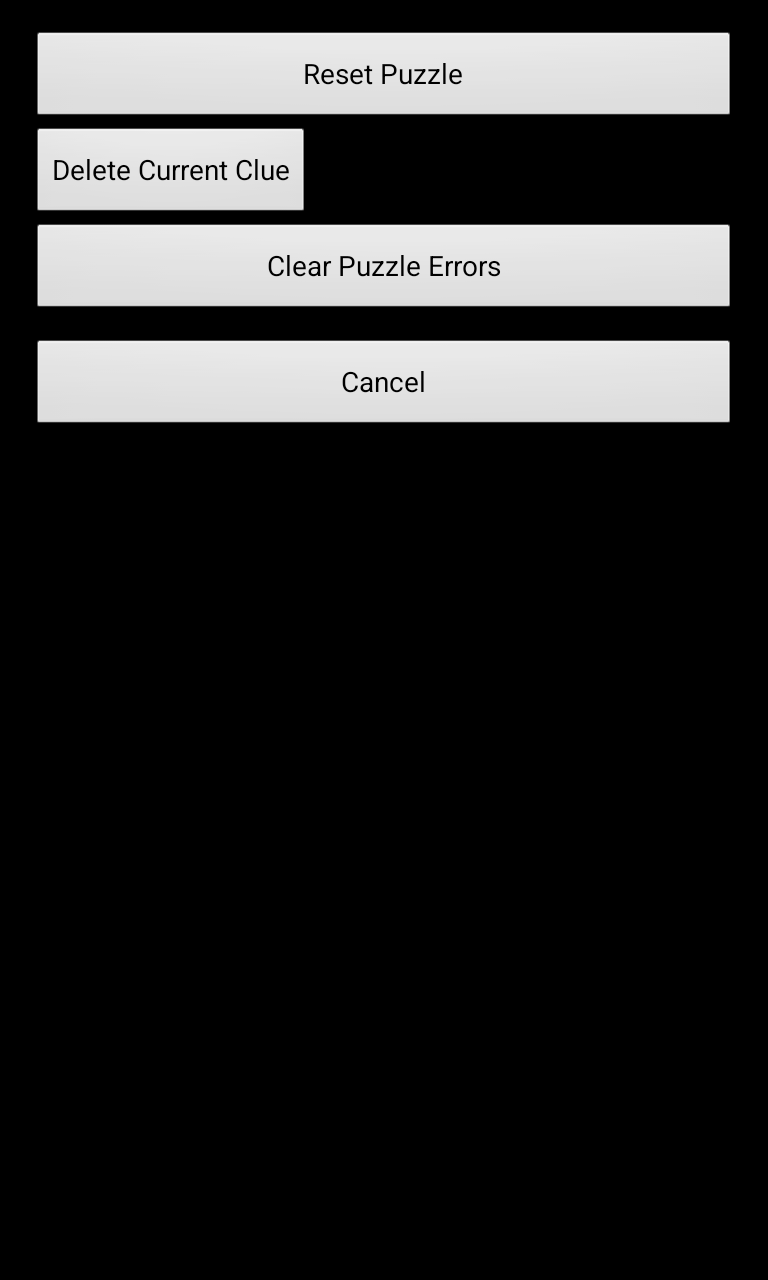
Repository: simplesns/workspace
Layout: eclipse/DEPuzzles/res/layout/dialog_crosswords_clear.xml
An editor plug-in stored every save of this project. The layout is shown before and after the next save, followed by the edit.
It is drawn on a 768 x 1280 px phone screen (xhdpi) without system bars, with theme android:Theme; the app's code is not run.

Above is the layout before, as saved 2011-01-28 07:02:09.

### eclipse/DEPuzzles/res/layout/dialog_crosswords_clear.xml
<?xml version="1.0" encoding="utf-8"?>
<LinearLayout
  xmlns:android="http://schemas.android.com/apk/res/android"
  android:layout_width="wrap_content" android:layout_height="wrap_content" android:orientation="vertical" android:paddingLeft="15dip" android:paddingRight="15dip" android:paddingBottom="15dip" android:paddingTop="15dip">
<Button android:id="@+id/Button01" android:layout_height="wrap_content" android:text="Reset Puzzle" android:layout_width="fill_parent"></Button>
<Button android:id="@+id/Button04" android:layout_height="wrap_content" android:text="Delete Current Clue" android:layout_width="wrap_content"></Button><Button android:id="@+id/Button03" android:layout_height="wrap_content" android:text="Clear Puzzle Errors" android:layout_width="fill_parent"></Button><Button android:id="@+id/Button02" android:layout_height="wrap_content" android:text="Cancel" android:layout_width="fill_parent" android:layout_marginTop="10dip"></Button>


</LinearLayout>

After the next save:
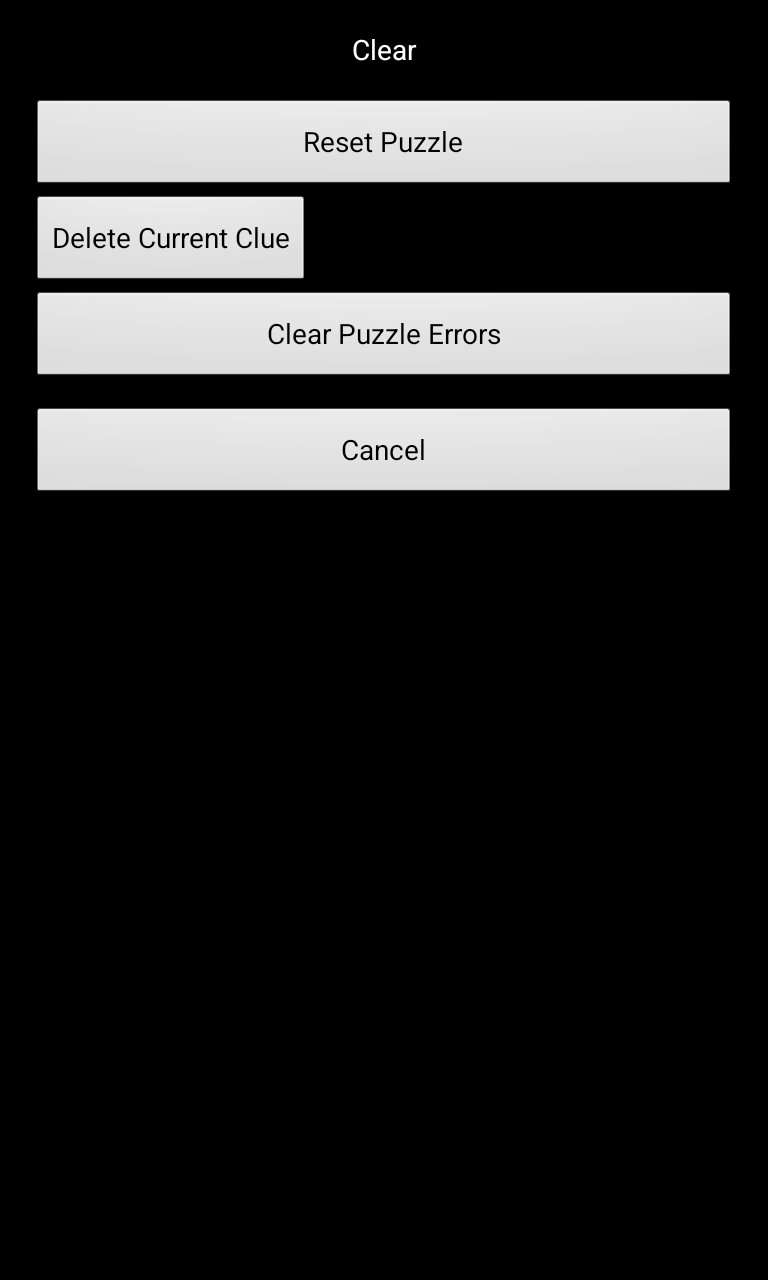
Saved 68 s later.
--- a/eclipse/DEPuzzles/res/layout/dialog_crosswords_clear.xml
+++ b/eclipse/DEPuzzles/res/layout/dialog_crosswords_clear.xml
@@ -2,8 +2,9 @@
 <LinearLayout
   xmlns:android="http://schemas.android.com/apk/res/android"
   android:layout_width="wrap_content" android:layout_height="wrap_content" android:orientation="vertical" android:paddingLeft="15dip" android:paddingRight="15dip" android:paddingBottom="15dip" android:paddingTop="15dip">
-<Button android:id="@+id/Button01" android:layout_height="wrap_content" android:text="Reset Puzzle" android:layout_width="fill_parent"></Button>
+<TextView android:id="@+id/TextView01" android:layout_height="wrap_content" android:text="Clear" android:textColor="#FFFFFFFF" android:layout_width="fill_parent" android:gravity="center_horizontal"></TextView><Button android:id="@+id/Button01" android:layout_height="wrap_content" android:text="Reset Puzzle" android:layout_width="fill_parent" android:layout_marginTop="15dip"></Button>
 <Button android:id="@+id/Button04" android:layout_height="wrap_content" android:text="Delete Current Clue" android:layout_width="wrap_content"></Button><Button android:id="@+id/Button03" android:layout_height="wrap_content" android:text="Clear Puzzle Errors" android:layout_width="fill_parent"></Button><Button android:id="@+id/Button02" android:layout_height="wrap_content" android:text="Cancel" android:layout_width="fill_parent" android:layout_marginTop="10dip"></Button>
 
 
+
 </LinearLayout>
